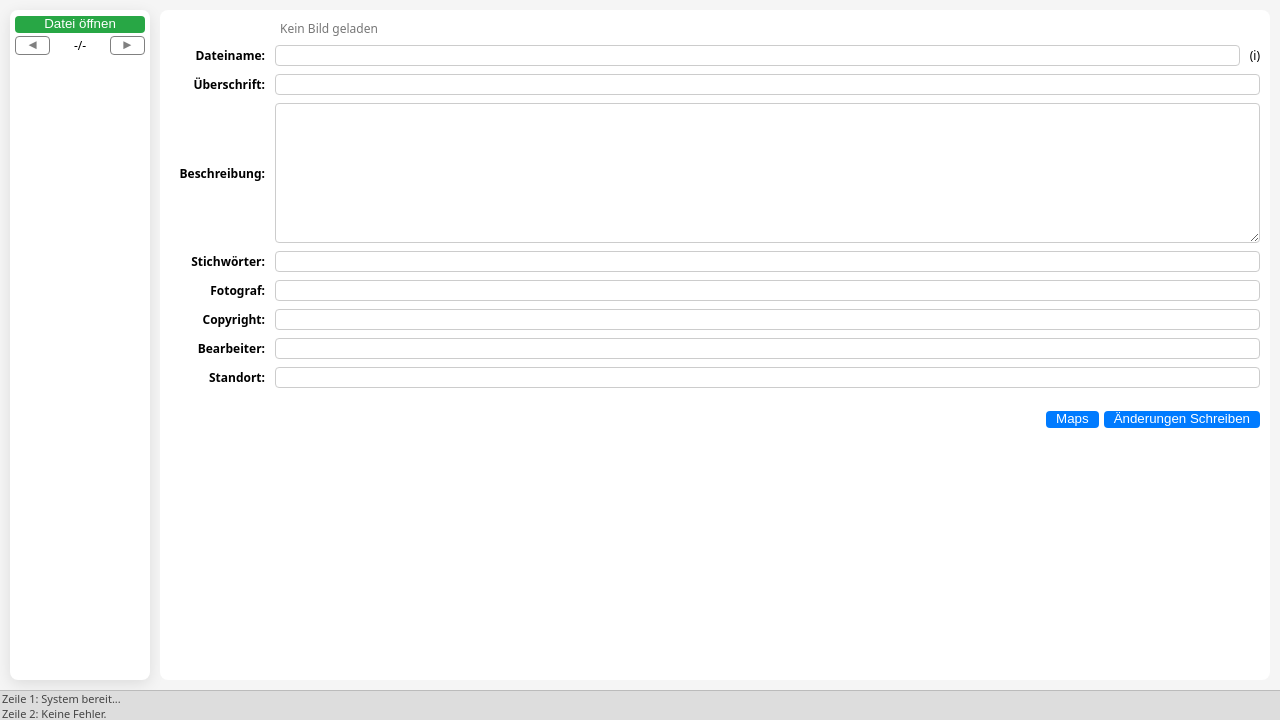
Repository: h-fahle/metadata
Page: ui/index.html
The author's editor kept a copy of each file at every save. The page is drawn from the files as they stood at one save, then again after the next save.
The browser window is 1280 px wide. The pictures show the whole page.

Above is the page before, as saved 2026-08-19 17:33:52.

After the next save:
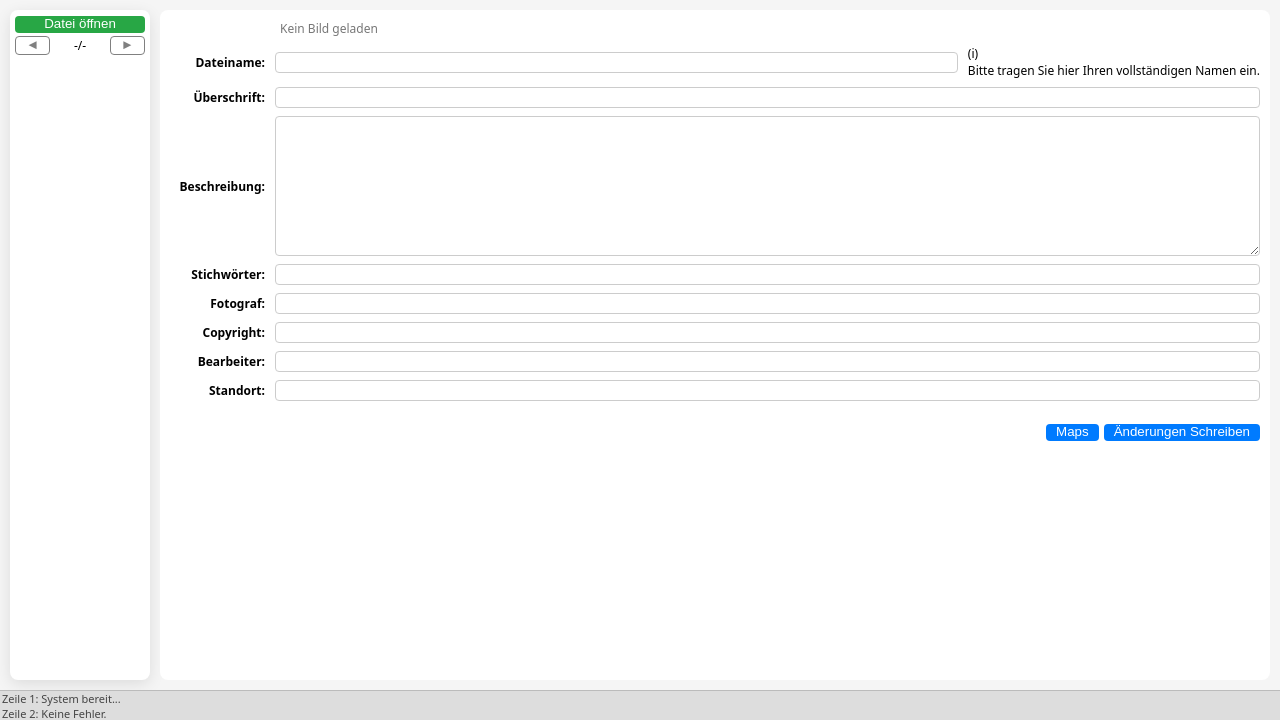
Saved 4 min 33 s later.
--- a/ui/index.html
+++ b/ui/index.html
@@ -43,7 +43,12 @@
 			<div class="form-row">
 				<label for="filename">Dateiname:</label>
 				<input type="text" id="filename" name="filename"/>
-				<div class="tooltip" data-tooltip="XXX">(i)</div>
+				<div class="tooltip-container">
+					<span class="info-icon">(i)</span>
+					<div class="tooltip-box">
+						Bitte tragen Sie hier Ihren vollständigen Namen ein.
+					</div>
+				</div>
 			</div>
 
 			<div class="form-row" data-tooltip=

After the save that followed:
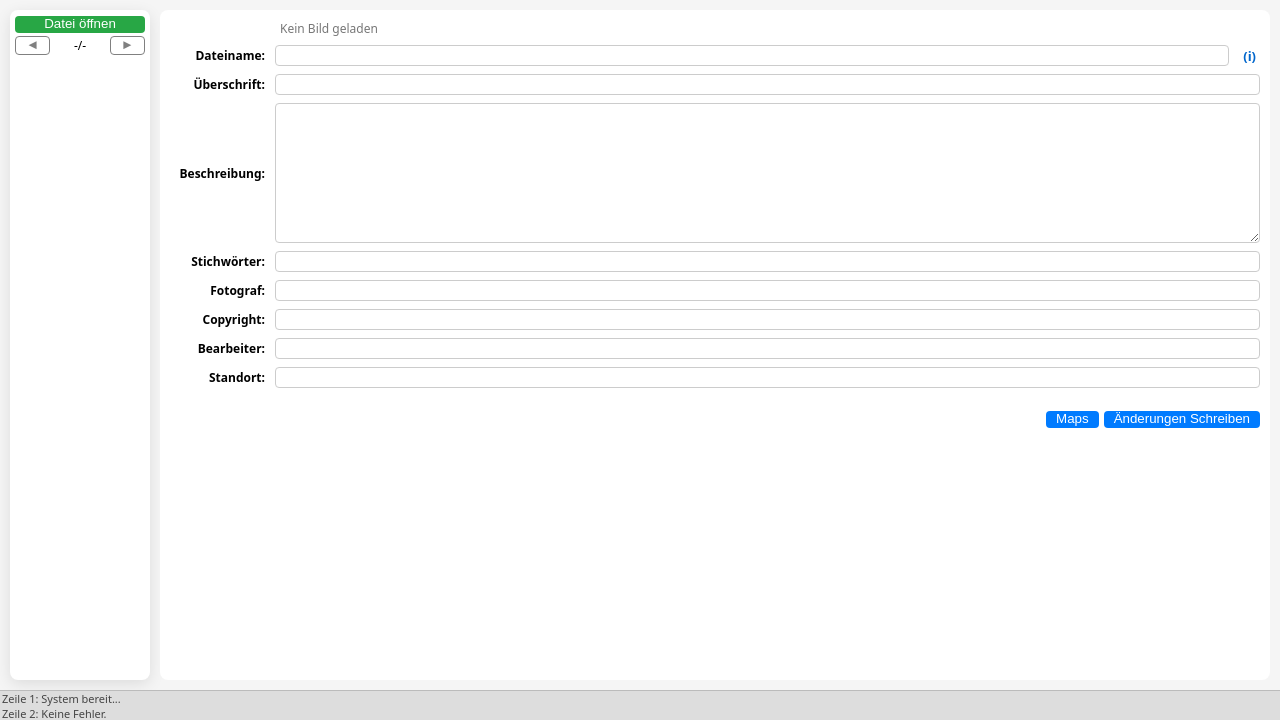
Saved 5 s later.
--- a/ui/style.css
+++ b/ui/style.css
@@ -188,64 +188,59 @@ select {
 }
 
 
-/* Formular-Elemente ---------------------------------------------------------- */
-
-
-.tooltip {
-	position: relative;
-	display: block;
-	/* margin-bottom: 15px; */
-	/* Wichtig: Standard-Ebene für alle Zeilen */
-	z-index: 1;
-}
-
-.tooltip:focus-within {
-	z-index: 10;
-}
-
-/* Wenn die Maus drüber ist oder getippt wird, MUSS diese Zeile über allen anderen liegen */
-.tooltip:hover,
-.tooltip:has(input:focus) {
-	z-index: 9999 !important;
-}
-
-.tooltip:hover {
-	z-index: 99999 !important;
-}
-
-/* Der Tooltip selbst */
-.tooltip:hover::after {
-	content: attr(data-tooltip);
+/* Tooltip ---------------------------------------------------------- */
+
+/* Container für das Icon und die Box */
+.tooltip-container {
+	position: relative; /* Wichtig, damit sich die Box am Icon ausrichtet */
+	display: inline-flex;
+	align-items: center;
+	cursor: help;       /* Zeigt das Fragezeichen/Hilfe-Symbol als Mauszeiger */
+}
+
+/* Das Info-Icon selbst */
+.info-icon {
+	font-weight: bold;
+	color: #0066cc;     /* Schönes Info-Blau */
+	padding: 0 4px;
+	font-size: 13px;
+}
+
+/* Die selbstdefinierte Tooltip-Box (Standardmäßig versteckt) */
+.tooltip-box {
 	position: absolute;
-
-	/* Vertikale Positionierung (unten) */
-	top: 50%;
-	margin-top: 8px;
-	bottom: auto;
-
-	/* Horizontale Positionierung (an deiner Label-Breite) */
-	left: 105px;
-	/* Hier wieder deine Label-Breite eintragen */
-	right: auto;
-	transform: none;
-
-	/* Styling & Farben */
+	bottom: 125%;       /* Platziert die Box direkt ÜBER dem Icon */
+	right: 0;           /* Richtet die Box am rechten Rand des Icons aus */
+	width: 200px;       /* Gewünschte Breite der Box */
 	background-color: #333333;
 	color: #ffffff;
-	padding: 2px 4px;
-	background-color: lightyellow;
-	color: black;
-	border: 1px solid gray;
-	border-radius: 4px;
+	padding: 8px 12px;
+	border-radius: 6px;
 	font-size: 11px;
 	line-height: 1.4;
-
-	/* Dynamische Breite */
-	white-space: pre;
-	width: max-content;
-
-	/* DIE RETTUNG FÜR DEN Z-INDEX: */
-	z-index: 100000;
-	pointer-events: none;
-	/* Verhindert, dass der Tooltip Maus-Klicks oder Hovers abfängt */
-}
+	box-shadow: 0 4px 10px rgba(0, 0, 0, 0.2);
+	z-index: 1001;      /* Über der Statusleiste (1000), falls sie sich überschneiden */
+
+	/* Animation & Verstecken */
+	opacity: 0;
+	visibility: hidden;
+	transition: opacity 0.2s ease-in-out, visibility 0.2s;
+	pointer-events: none; /* Verhindert, dass die Box beim unabsichtlichen Drüberfahren flackert */
+}
+
+/* Der kleine Pfeil unten an der Tooltip-Box (Optional) */
+.tooltip-box::after {
+	content: "";
+	position: absolute;
+	top: 100%;          /* Am unteren Rand der Box */
+	right: 8px;         /* Ausrichtung passend zum Icon */
+	border-width: 5px;
+	border-style: solid;
+	border-color: #333333 transparent transparent transparent;
+}
+
+/* HOVER-EFFEKT: Wenn man über das Icon ODER den Container fährt, wird die Box sichtbar */
+.tooltip-container:hover .tooltip-box {
+	opacity: 1;
+	visibility: visible;
+}
